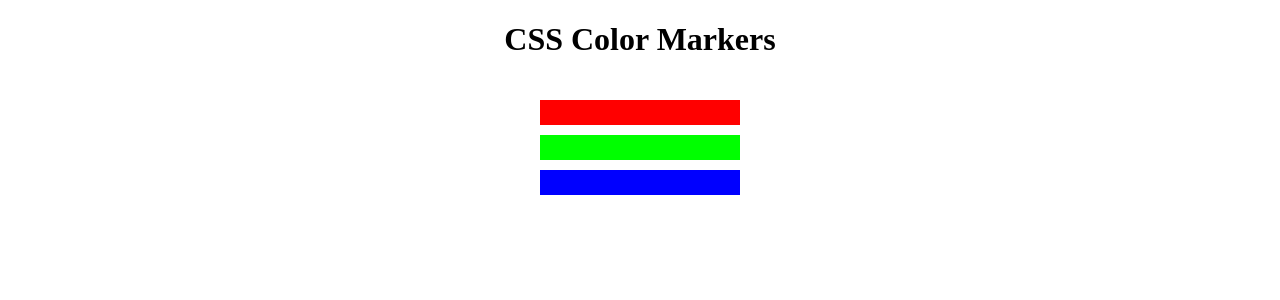
Repository: AimenDje/ColoredMarkers
Page: index.html
An editor plug-in stored every save of this project. The page is shown before and after the next save, followed by the edit.
The browser window is 1280 px wide. The pictures show the whole page.

Above is the page before, as saved 2025-05-08 15:54:39.

After the next save:
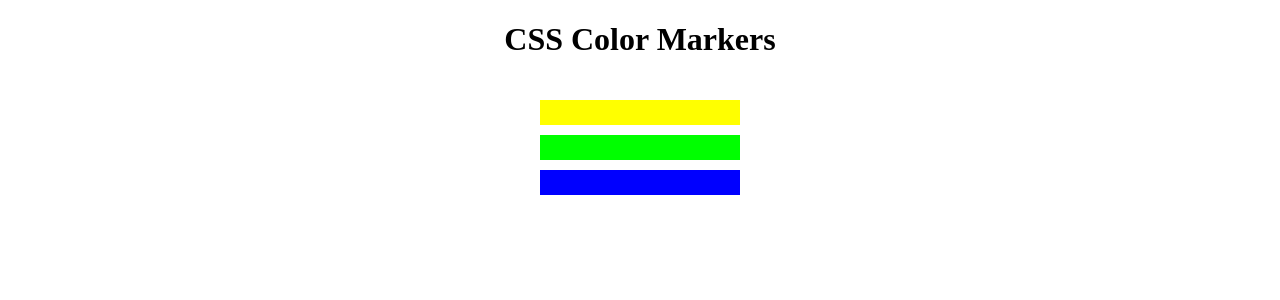
Saved 56 s later.
--- a/styles.css
+++ b/styles.css
@@ -9,7 +9,7 @@
   }
 
 .one {
-    background-color: rgb(255,0,0);
+    background-color: rgb(255,255,0);
 }
 
 .two {
